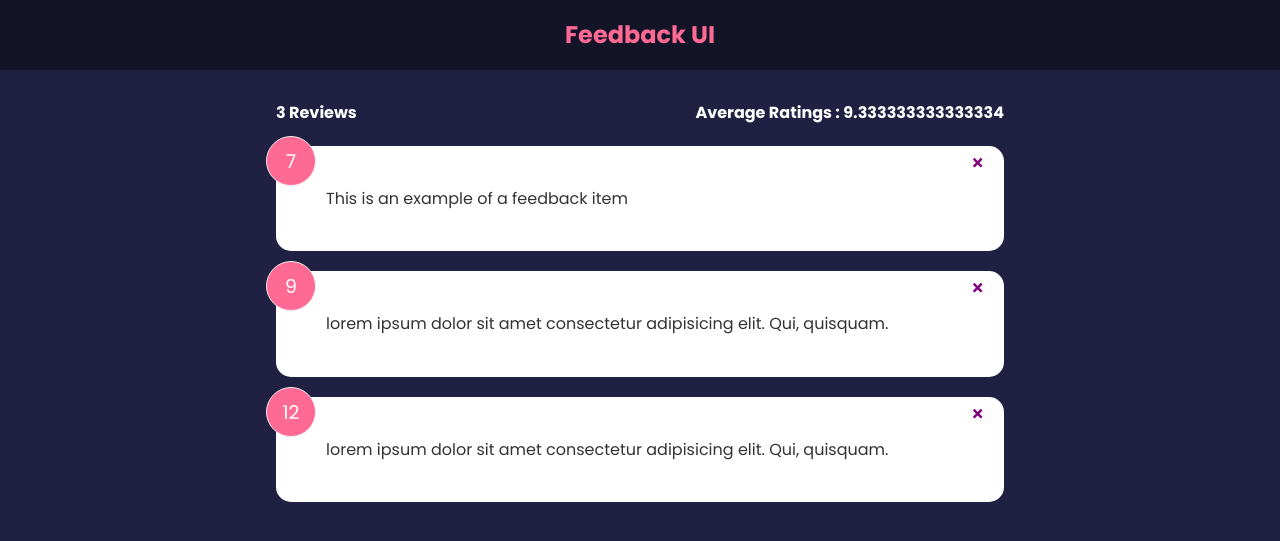
Repository: bayorwor/feedbackapp
Page: /
An editor plug-in stored every save of this project. The page is shown before and after the next save, followed by the edit.
The browser window is 1280 px wide. The pictures show the whole page.
The project was rebuilt for these pictures with package versions that can differ from the ones it lists, and the page was loaded fresh each time.

Above is the page before, as saved 2022-01-30 18:38:10.

### public/index.html
<!DOCTYPE html>
<html lang="en">
  <head>
    <meta charset="utf-8" />
    <link rel="icon" href="%PUBLIC_URL%/favicon.ico" />
    <meta name="viewport" content="width=device-width, initial-scale=1" />
    <meta name="theme-color" content="#000000" />
    <meta
      name="description"
      content="Web site created using create-react-app"
    />
    <link rel="apple-touch-icon" href="%PUBLIC_URL%/logo192.png" />
    <link rel="manifest" href="%PUBLIC_URL%/manifest.json" />
    <title>feedback app</title>
  </head>
  <body>
    <noscript>You need to enable JavaScript to run this app.</noscript>
    <div id="root"></div>
  </body>
</html>

### src/App.js
import { useState } from "react";
import Header from "./components/Header";
import feedbackData from "./data/feedBacks";
import FeedbackList from "./components/FeedbackList";
import FeedbackStats from "./components/FeedbackStats";

const App = () => {
  const [feedback, setFeedback] = useState(feedbackData);

  const deleteFeedback = (id) => {
    if (window.confirm("Are you sure you want to delete this feedback?")) {
      setFeedback(feedback.filter((feedback) => feedback.id !== id));
    }
  };

  return (
    <>
      <Header />
      <div className="container">
        <FeedbackStats feedback={feedback} />
        <FeedbackList feedback={feedback} deleteFeedback={deleteFeedback} />
      </div>
    </>
  );
};

export default App;

### src/components/Header.jsx
import React from "react";
import PropTypes from "prop-types";

const Header = ({ text, bgColor, textColor }) => {
  const headerStyle = {
    backgroundColor: bgColor,
    color: textColor,
  };

  return (
    <header style={headerStyle}>
      <div className="container">
        <h2>{text}</h2>
      </div>
    </header>
  );
};

Header.defaultProps = {
  text: "Feedback UI",
  bgColor: "rgba(0, 0, 0, 0.4)",
  textColor: "#ff6a95",
};

Header.propTypes = {
  text: PropTypes.string,
  bgColor: PropTypes.string,
  textColor: PropTypes.string,
};

export default Header;

### src/data/feedBacks.js
const feedbackData = [
  {
    rating: 7,
    text: "This is an example of a feedback item",
    id: 1,
  },
  {
    rating: 9,
    text: "lorem  ipsum dolor sit  amet consectetur adipisicing elit. Qui, quisquam.",
    id: 2,
  },
  {
    rating: 12,
    text: "lorem  ipsum dolor sit  amet consectetur adipisicing elit. Qui, quisquam.",
    id: 3,
  },
];

export default feedbackData;

### src/components/FeedbackList.jsx
import PropTypes from "prop-types";
import FeedbaackItem from "./FeedbaackItem";

function FeedbackList({ feedback, deleteFeedback }) {
  if (!feedback || feedback.length === 0) {
    return <p>There are no feedbacks to display</p>;
  }

  return (
    <div className="feedback-list">
      {feedback.map((feedback) => (
        <FeedbaackItem
          key={feedback.id}
          feedback={feedback}
          deleteFeedback={deleteFeedback}
        />
      ))}
    </div>
  );
}

FeedbackList.propTypes = {
  feedback: PropTypes.arrayOf(
    PropTypes.shape({
      id: PropTypes.number.isRequired,
      text: PropTypes.string.isRequired,
      rating: PropTypes.number.isRequired,
    }).isRequired
  ).isRequired,
};

export default FeedbackList;

### src/components/FeedbackStats.jsx
import React from "react";

function FeedbackStats({ feedback }) {
  let average =
    feedback.reduce((total, feedback) => total + feedback.rating, 0) /
    feedback.length;

  return (
    <div className="feedback-stats">
      <h4>{feedback.length} Reviews</h4>
      <h4>Average Ratings : {isNaN(average) ? 0 : average}</h4>
    </div>
  );
}

export default FeedbackStats;

### src/components/FeedbaackItem.jsx
import { FaTimes } from "react-icons/fa";
import PropTypes from "prop-types";
import Card from "./shared/Card";

function FeedbaackItem({ feedback, deleteFeedback }) {
  return (
    <Card>
      <div className="num-display">{feedback.rating}</div>
      <button onClick={() => deleteFeedback(feedback.id)} className="close">
        <FaTimes color="purple" />
      </button>
      <div className="text-display">{feedback.text}</div>
    </Card>
  );
}

FeedbaackItem.propTypes = {
  feedback: PropTypes.shape({
    id: PropTypes.number.isRequired,
    text: PropTypes.string.isRequired,
    rating: PropTypes.number.isRequired,
  }).isRequired,
};

export default FeedbaackItem;

### src/components/shared/Card.jsx
import React from "react";
import PropTypes from "prop-types";

function Card({ children, reverse }) {
  return <div className={`card ${reverse && "reverse"}`}>{children}</div>;
}

Card.defaultProps = {
  reverse: false,
};

Card.propTypes = {
  children: PropTypes.node.isRequired,
  reverse: PropTypes.bool,
};

export default Card;

Loaded but not shown: src/index.js (common file); src/index.css (common file)

After the next save:
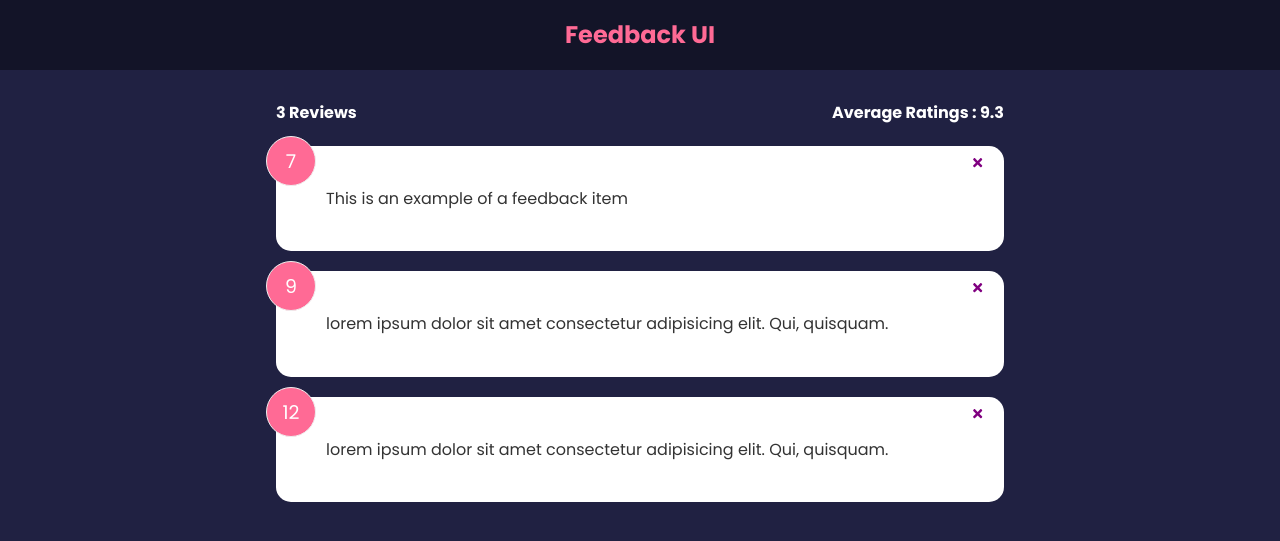
Saved 50 s later.
--- a/src/components/FeedbackStats.jsx
+++ b/src/components/FeedbackStats.jsx
@@ -4,6 +4,8 @@ function FeedbackStats({ feedback }) {
   let average =
     feedback.reduce((total, feedback) => total + feedback.rating, 0) /
     feedback.length;
+
+  average = average.toFixed(1);
 
   return (
     <div className="feedback-stats">
